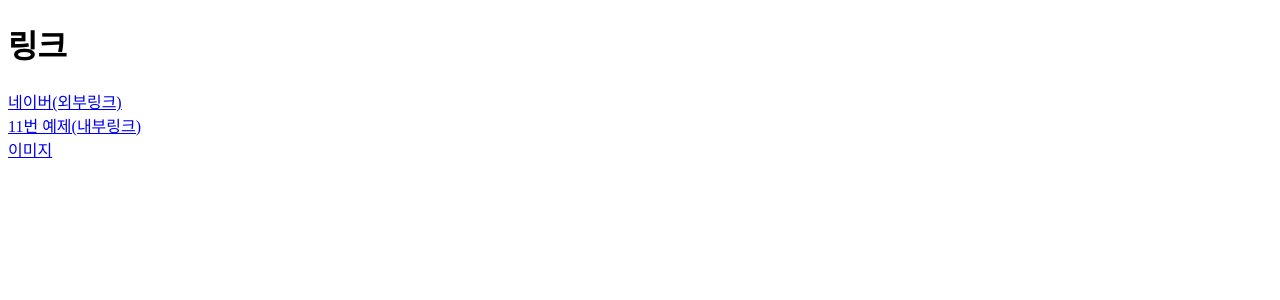
Repository: dnjs0/HCJ
Page: ClientTest/src/main/webapp/ex12_link.html
An editor plug-in stored every save of this project. The page is shown before and after the next save, followed by the edit.
The browser window is 1280 px wide. The pictures show the whole page.

Above is the page before, as saved 2025-02-11 03:25:53.

### ClientTest/src/main/webapp/ex12_link.html
<!DOCTYPE html>
<html lang="ko">
<head>
	<meta charset="UTF-8">
	<title>Insert title here</title>
</head>
<body>
    <!-- ex12_link.html -->
    <!--

        링크, Link
        - <a>, anchor(닻)
        - 쌍태그, 혼합형
        1. Link Tag
        2. Anchor Tag

        a. href
        - HyperText Reference
        - 참조 URL > 이동할 주소

     -->
     <h1>링크</h1>
     <a href="https://www.naver.com/">네이버(외부링크)</a><br>
     <a href="ex11_list.html">11번 예제(내부링크)</a><br>

     <a href="images/cat.jpg">이미지</a><br>



</body>
</html>

After the next save:
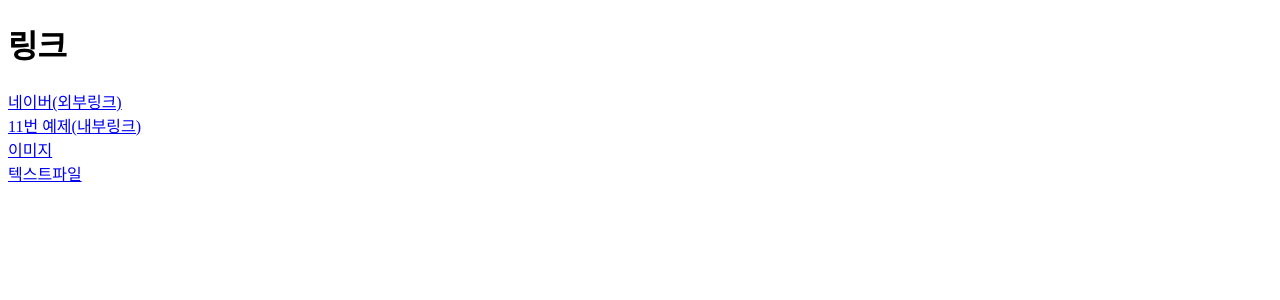
Saved 76 s later.
--- a/ClientTest/src/main/webapp/ex12_link.html
+++ b/ClientTest/src/main/webapp/ex12_link.html
@@ -24,6 +24,7 @@
      <a href="ex11_list.html">11번 예제(내부링크)</a><br>
 
      <a href="images/cat.jpg">이미지</a><br>
+     <a href="이름.txt">텍스트파일</a><br>
 
 
 
